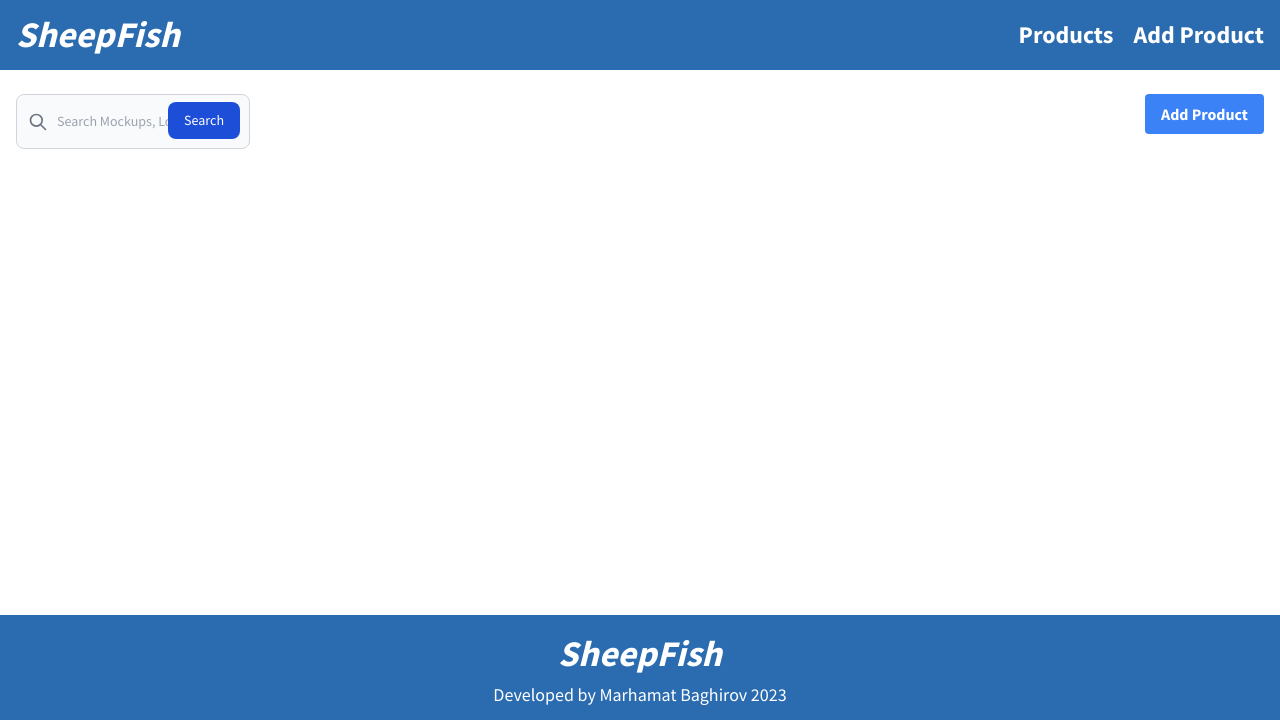
Repository: Marhamat92/sheep-fish-task
Page: /
The author's editor kept a copy of each file at every save. The page is drawn from the files as they stood at one save, then again after the next save.
The browser window is 1280 px wide. The pictures show the whole page.
The project was rebuilt for these pictures with package versions that can differ from the ones it lists, and the page was loaded fresh each time. Also part of the build but not shown: src/App.css.

Above is the page before, as saved 2023-03-28 13:24:38.

### public/index.html
<!DOCTYPE html>
<html lang="en">

<head>
  <meta charset="utf-8" />
  <link rel="icon" href="%PUBLIC_URL%/favicon.ico" />
  <meta name="viewport" content="width=device-width, initial-scale=1" />
  <meta name="theme-color" content="#000000" />
  <meta name="description" content="Web site created using create-react-app" />
  <link rel="apple-touch-icon" href="%PUBLIC_URL%/logo192.png" />
  <link rel="preconnect" href="https://fonts.googleapis.com">
  <link rel="preconnect" href="https://fonts.gstatic.com" crossorigin>
  <link href="https://fonts.googleapis.com/css2?family=Source+Sans+Pro:wght@200;300;400;600;700;900&display=swap"
    rel="stylesheet">
  <!--
      manifest.json provides metadata used when your web app is installed on a
      user's mobile device or desktop. See https://developers.google.com/web/fundamentals/web-app-manifest/
    -->
  <link rel="manifest" href="%PUBLIC_URL%/manifest.json" />
  <!--
      Notice the use of %PUBLIC_URL% in the tags above.
      It will be replaced with the URL of the `public` folder during the build.
      Only files inside the `public` folder can be referenced from the HTML.

      Unlike "/favicon.ico" or "favicon.ico", "%PUBLIC_URL%/favicon.ico" will
      work correctly both with client-side routing and a non-root public URL.
      Learn how to configure a non-root public URL by running `npm run build`.
    -->
  <title>SheepFish</title>
</head>

<body>
  <noscript>You need to enable JavaScript to run this app.</noscript>
  <div id="root"></div>
  <!--
      This HTML file is a template.
      If you open it directly in the browser, you will see an empty page.

      You can add webfonts, meta tags, or analytics to this file.
      The build step will place the bundled scripts into the <body> tag.

      To begin the development, run `npm start` or `yarn start`.
      To create a production bundle, use `npm run build` or `yarn build`.
    -->
</body>

</html>

### src/index.css
@tailwind base;
@tailwind components;
@tailwind utilities;


body {
  font-family: 'Source Sans Pro', sans-serif;
}

code {
  font-family: 'Source Sans Pro', sans-serif;
}

### src/App.tsx
import React from "react";
import logo from "./logo.svg";
import "./App.css";
import Header from "./components/Header";
import Layout from "./Layout/Layout";
import BaseRouter from "./routes";

function App() {
  return (
    <div>
      <Layout>
        <BaseRouter />
      </Layout>
    </div>
  );
}

export default App;

### src/Layout/Layout.tsx
import React from "react";
import Header from "../components/Header";
import Footer from "../components/Footer";

type Props = {
  children: React.ReactNode;
};

const Layout = ({ children }: Props) => {
  return (
    <div>
      <Header />
      {children}
      <Footer />
    </div>
  );
};

export default Layout;

### src/routes.js
import { Route, Routes } from "react-router-dom";
import React from "react";
import ProductList from "./pages/Products/ProductList";
import AddProduct from "./pages/Products/AddProduct";

const BaseRouter = () => (
  <Routes>
    <Route exact path="/" element={
      <ProductList />
    } />
    <Route exact path="/products"
      element={
        <ProductList />
      }
    />
    <Route exact path="/products/add" element={
      <AddProduct />
    } />
  </Routes>
);

export default BaseRouter;

### src/components/Header.tsx
import React, { useEffect, useState } from "react";
import { Link } from "react-router-dom";
import { BiMenu } from "react-icons/bi";

type Props = {};

const Header = (props: Props) => {
  const [mobileMenu, setMobileMenu] = useState(false);
  const [showMobileMenu, setShowMobileMenu] = useState(false);

  const checkScreenSize = () => {
    if (window.innerWidth <= 768) {
      setMobileMenu(true);
    } else {
      setMobileMenu(false);
      setShowMobileMenu(false);
    }
  };

  useEffect(() => {
    checkScreenSize();
    window.addEventListener("resize", checkScreenSize);
    return () => {
      window.removeEventListener("resize", checkScreenSize);
    };
  }, [mobileMenu]);

  return (
    <div className=' bg-mainPrimary '>
      <div className='container flex flex-row justify-between items-center py-2'>
        <div>
          <h1
            className='
            text-4xl font-bold text-white italic
          '
          >
            SheepFish
          </h1>
        </div>
        {mobileMenu ? (
          <BiMenu
            onClick={() => {
              setShowMobileMenu(true);
            }}
            className='text-3xl text-white'
          />
        ) : (
          <div className='flex flex-row justify-between space-x-5'>
            <Link to='/products'>
              <div
                className='text-2xl font-bold text-white hover:underline transition-all duration-300
          cursor-pointer'
              >
                Products
              </div>
            </Link>
            <Link to='/products/add'>
              <div className='text-2xl font-bold text-white hover:underline transition-all duration-300 cursor-pointer'>
                Add Product
              </div>
            </Link>
          </div>
        )}
        {showMobileMenu && (
          <div className='bg-mainTertiary h-screen absolute top-0 left-0 right-0 '>
            <div className='flex flex-col justify-center items-center'>
              <div className='text-2xl font-bold text-white hover:underline transition-all duration-300 cursor-pointer'>
                Products
              </div>
              <div className='text-2xl font-bold text-white hover:underline transition-all duration-300 cursor-pointer'>
                Add Product
              </div>
            </div>
          </div>
        )}
      </div>
    </div>
  );
};

export default Header;

### src/components/Footer.tsx
import React from "react";

type Props = {};

const Footer = ({}: Props) => {
  return (
    <div className='bg-mainPrimary py-3 absolute bottom-0 w-full'>
      <div className='container mx-auto flex flex-col items-center justify-center'>
        <h1 className='text-4xl font-bold text-white italic text-center'>
          SheepFish
        </h1>
        <p className='text-white font-regular text-lg text-center'>
          Developed by Marhamat Baghirov {new Date().getFullYear()}
        </p>
      </div>
    </div>
  );
};

export default Footer;

### src/pages/Products/ProductList.tsx
import React from "react";
import SearchField from "../../components/SearchField";

type Props = {};

function ProductList({}: Props) {
  return (
    <div className='container mt-6'>
      <div className='flex justify-between'>
        <div>
          <SearchField />
        </div>
        <div>
          <button className='bg-blue-500 hover:bg-blue-700 text-white font-bold py-2 px-4 rounded'>
            Add Product
          </button>
        </div>
      </div>
    </div>
  );
}

export default ProductList;

### src/components/SearchField.tsx
import React from "react";

type Props = {};

const SearchField = (props: Props) => {
  return (
    <form>
      <label
        htmlFor='default-search'
        className='mb-2 text-sm font-medium text-gray-900 sr-only dark:text-white'
      >
        Search
      </label>
      <div className='relative'>
        <div className='absolute inset-y-0 left-0 flex items-center pl-3 pointer-events-none'>
          <svg
            aria-hidden='true'
            className='w-5 h-5 text-gray-500 dark:text-gray-400'
            fill='none'
            stroke='currentColor'
            viewBox='0 0 24 24'
            xmlns='http://www.w3.org/2000/svg'
          >
            <path
              stroke-linecap='round'
              stroke-linejoin='round'
              stroke-width='2'
              d='M21 21l-6-6m2-5a7 7 0 11-14 0 7 7 0 0114 0z'
            ></path>
          </svg>
        </div>
        <input
          type='search'
          id='default-search'
          className='block w-full p-4 pl-10 text-sm text-gray-900 border border-gray-300 rounded-lg bg-gray-50 focus:ring-blue-500 focus:border-blue-500 dark:bg-gray-700 dark:border-gray-600 dark:placeholder-gray-400 dark:text-white dark:focus:ring-blue-500 dark:focus:border-blue-500'
          placeholder='Search Mockups, Logos...'
          required
        />
        <button
          type='submit'
          className='text-white absolute right-2.5 bottom-2.5 bg-blue-700 hover:bg-blue-800 focus:ring-4 focus:outline-none focus:ring-blue-300 font-medium rounded-lg text-sm px-4 py-2 dark:bg-blue-600 dark:hover:bg-blue-700 dark:focus:ring-blue-800'
        >
          Search
        </button>
      </div>
    </form>
  );
};

export default SearchField;

### tailwind.config.js
/** @type {import('tailwindcss').Config} */
module.exports = {
  content: ["./src/**/*.{js,jsx,ts,tsx}",],
  theme: {
    extend: {
      colors: {
        "textPrimary": "#1a202c",
        "textSecondary": "#2d3748",
        "textTertiary": "#4a5568",
        "mainPrimary": "#2b6cb0",
        "mainSecondary": "#4299e1",
        "mainTertiary": "#63b3ed",
        "success": "#48bb78",
        "danger": "#e53e3e",
        "warning": "#dd6b20",
        "info": "#3182ce",
        "light": "#f7fafc",
        "dark": "#1a202c",
        "white": "#fff",
        "black": "#000",
        //close this
      },
      fontFamily: {
        sans: ["Roboto", "sans-serif"],
      },
      fontSize: {
        "xs": ".75rem",
        "sm": ".875rem",
        "tiny": ".875rem",
        "base": "1rem",
        "lg": "1.125rem",
        "xl": "1.25rem",
        "2xl": "1.5rem",
        "3xl": "1.875rem",
        "4xl": "2.25rem",
        "5xl": "3rem",
        "6xl": "4rem",
        "7xl": "5rem",
        "8xl": "6rem",
        "9xl": "7rem",
        "10xl": "8rem",
      },
      spacing: {
        "0": "0",
        "1": "0.25rem",
        "2": "0.5rem",
        "3": "0.75rem",
        "4": "1rem",
        "5": "1.25rem",
        "6": "1.5rem",
        "8": "2rem",
      },
      boxShadow: {
        "xs": "0 0 0 1px rgba(0, 0, 0, 0.05)",
        "sm": "0 1px 2px 0 rgba(0, 0, 0, 0.05)",
        "default": "0 1px 3px 0 rgba(0, 0, 0, 0.1), 0 1px 2px 0 rgba(0, 0, 0, 0.06)",
        "md": "0 4px 6px -1px rgba(0, 0, 0, 0.1), 0 2px 4px -1px rgba(0, 0, 0, 0.06)",
        "lg": "0 10px 15px -3px rgba(0, 0, 0, 0.1), 0 4px 6px -2px rgba(0, 0, 0, 0.05)",
        "xl": "0 20px 25px -5px rgba(0, 0, 0, 0.1), 0 10px 10px -5px rgba(0, 0, 0, 0.04)",
        "2xl": "0 25px 50px -12px rgba(0, 0, 0, 0.25)",
      },
      screens: {
        "xs": "320px",
        "sm": "640px",
        "md": "768px",
        "lg": "1024px",
        "xl": "1280px",
        "2xl": "1536px",
      },

      container: {
        center: true,
        padding: "1rem",
      },

    },
    plugins: [




    ],
  }
}

Loaded but not shown: src/index.tsx (common file); src/reportWebVitals.ts (common file); src/pages/Products/AddProduct.tsx (no stored copy; drawn as an empty file)

After the next save:
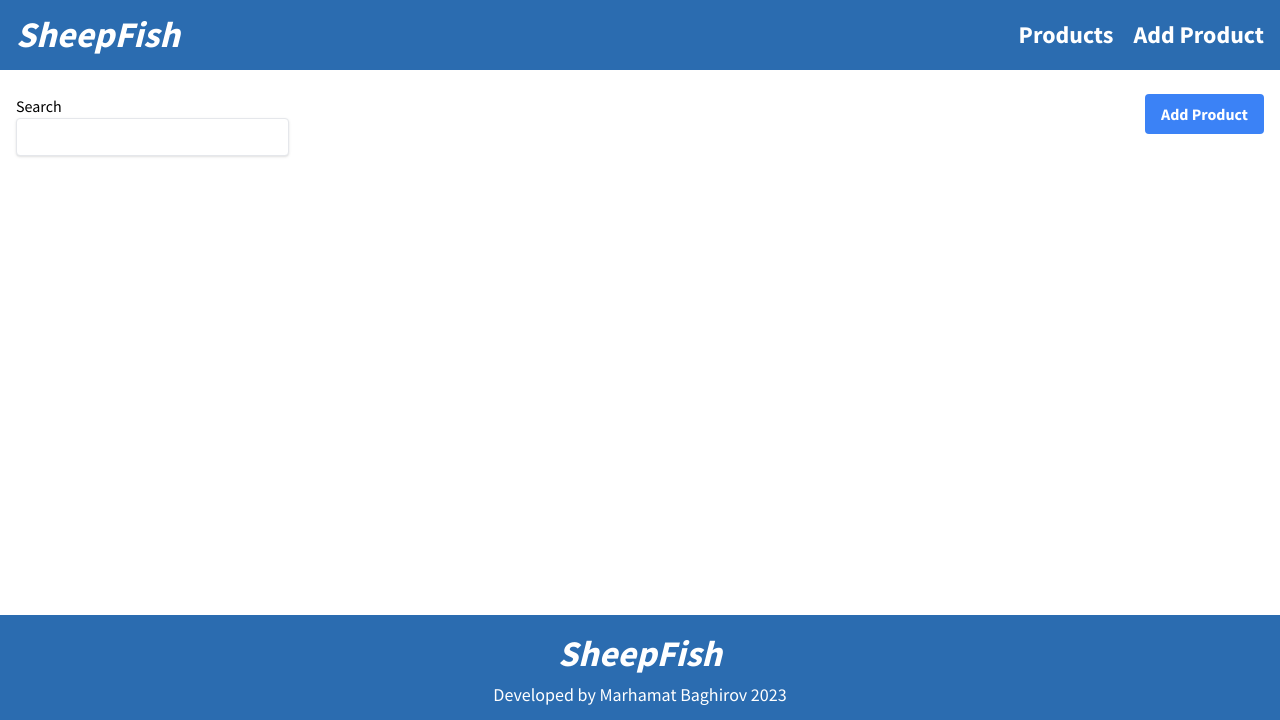
Saved 2 min 4 s later.
--- a/src/components/SearchField.tsx
+++ b/src/components/SearchField.tsx
@@ -4,46 +4,15 @@
 
 const SearchField = (props: Props) => {
   return (
-    <form>
-      <label
-        htmlFor='default-search'
-        className='mb-2 text-sm font-medium text-gray-900 sr-only dark:text-white'
-      >
-        Search
-      </label>
-      <div className='relative'>
-        <div className='absolute inset-y-0 left-0 flex items-center pl-3 pointer-events-none'>
-          <svg
-            aria-hidden='true'
-            className='w-5 h-5 text-gray-500 dark:text-gray-400'
-            fill='none'
-            stroke='currentColor'
-            viewBox='0 0 24 24'
-            xmlns='http://www.w3.org/2000/svg'
-          >
-            <path
-              stroke-linecap='round'
-              stroke-linejoin='round'
-              stroke-width='2'
-              d='M21 21l-6-6m2-5a7 7 0 11-14 0 7 7 0 0114 0z'
-            ></path>
-          </svg>
-        </div>
-        <input
-          type='search'
-          id='default-search'
-          className='block w-full p-4 pl-10 text-sm text-gray-900 border border-gray-300 rounded-lg bg-gray-50 focus:ring-blue-500 focus:border-blue-500 dark:bg-gray-700 dark:border-gray-600 dark:placeholder-gray-400 dark:text-white dark:focus:ring-blue-500 dark:focus:border-blue-500'
-          placeholder='Search Mockups, Logos...'
-          required
-        />
-        <button
-          type='submit'
-          className='text-white absolute right-2.5 bottom-2.5 bg-blue-700 hover:bg-blue-800 focus:ring-4 focus:outline-none focus:ring-blue-300 font-medium rounded-lg text-sm px-4 py-2 dark:bg-blue-600 dark:hover:bg-blue-700 dark:focus:ring-blue-800'
-        >
-          Search
-        </button>
-      </div>
-    </form>
+    <div>
+      <label htmlFor='search'>Search</label>
+      <input
+        type='text'
+        name='search'
+        id='search'
+        className='shadow appearance-none border rounded w-full py-2 px-3 text-gray-700 leading-tight focus:outline-none focus:shadow-outline'
+      />
+    </div>
   );
 };
 
